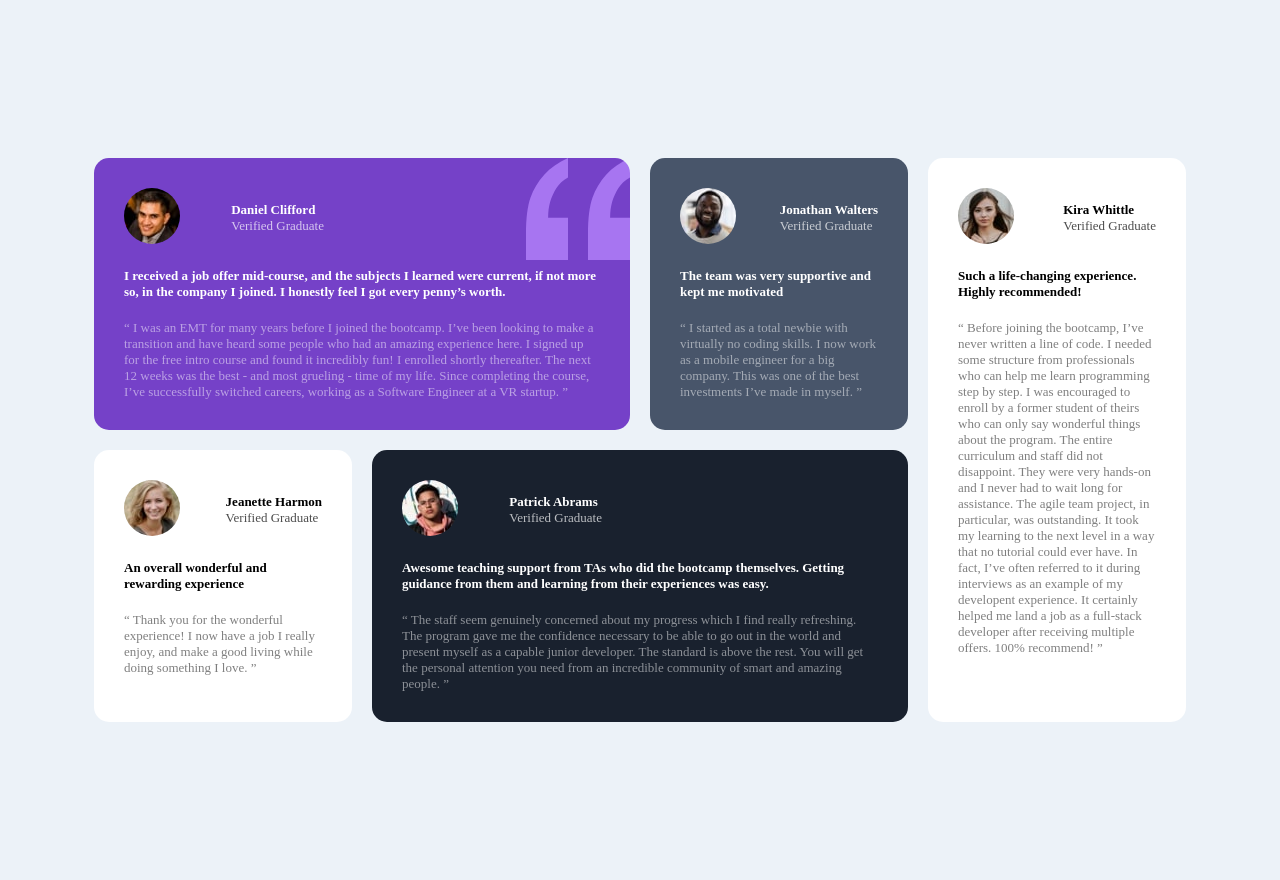
Repository: Toqa-25/testimonials
Page: index.html
The author's editor kept a copy of each file at every save. The page is drawn from the files as they stood at one save, then again after the next save.
The browser window is 1280 px wide. The pictures show the whole page.

Above is the page before, as saved 2021-11-04 13:24:23.

### index.html
<!DOCTYPE html>
<html lang="en">
<head>
    <meta charset="UTF-8">
    <meta http-equiv="X-UA-Compatible" content="IE=edge">
    <meta name="viewport" content="width=device-width, initial-scale=1.0">
    <!-- css files -->
    <link rel="stylesheet" href="css/style.css">
    <link rel="stylesheet" href="css//vendors/all.min.css">
    <!-- fonts style -->
    <link rel="preconnect" href="https://fonts.googleapis.com">
<link rel="preconnect" href="https://fonts.gstatic.com" crossorigin>
<link href="https://fonts.googleapis.com/css2?family=Barlow+Semi+Condensed:wght@100;200;300;400;500;600;700;800;900&family=Montserrat:wght@100;200;300;400;500;600;700;800;900&family=PT+Sans:ital,wght@0,400;0,700;1,700&family=Roboto:wght@100;300;400;500;700;900&display=swap" rel="stylesheet">
    <title>tistimonials design</title>
</head>
<body>
    <div class="container">
        <div class="testi-content">
            <article class="grid-item Daniel">
                <header class="grid-item-name">
                    <div class="item-img">
                        <img src="images/image-daniel.jpg" alt="">
                    </div>
                    <div class="item-name">
                        <p class="name">Daniel Clifford</p>
                        <p class="name-info">Verified Graduate</p>
                    </div>
                </header>
                <div class="art-body">
                    <h4 class="bold-text"> I received a job offer mid-course, and the subjects I learned were current, if not more so, in the company I joined. I honestly feel I got every penny’s worth.</h4>
                    <p class="lite-text">“ I was an EMT for many years before I joined the bootcamp. I’ve been looking to make a
                        transition and have heard some people who had an amazing experience here. I signed up
                        for the free intro course and found it incredibly fun! I enrolled shortly thereafter.
                        The next 12 weeks was the best - and most grueling - time of my life. Since completing
                        the course, I’ve successfully switched careers, working as a Software Engineer at a VR startup. ” </p>
                </div>
            </article>
            <article class="grid-item Jonathan">
                <header class="grid-item-name">
                    <div class="item-img">
                        <img src="images/image-jonathan.jpg" alt="">
                    </div>
                    <div class="item-name">
                        <p class="name">Jonathan Walters</p>
                        <p class="name-info">Verified Graduate</p>
                    </div>
                </header>
                <div class="art-body">
                    <h4 class="bold-text">The team was very supportive and kept me motivated</h4>
                    <p class="lite-text">“ I started as a total newbie with virtually no coding skills. I now work as a mobile engineer
                     for a big company. This was one of the best investments I’ve made in myself. ”
                    </p>
                </div>
            </article>
            <article class="grid-item  Jeanette ">
                <header class="grid-item-name">
                    <div class="item-img">
                        <img src="images/image-jeanette.jpg" alt="">
                    </div>
                    <div class="item-name">
                        <p class="name">  Jeanette Harmon</p>
                        <p class="name-info">Verified Graduate</p>
                    </div>
                </header>
                <div class="art-body">
                    <h4 class="bold-text"> An overall wonderful and rewarding experience</h4>
                    <p class="lite-text">“ Thank you for the wonderful experience! I now have a job I really enjoy, and make a good living
                     while doing something I love. ”</p>
                </div>
            </article>
            <article class="grid-item Patrick">
                <header class="grid-item-name">
                    <div class="item-img">
                        <img src="images/image-patrick.jpg" alt="">
                    </div>
                    <div class="item-name">
                        <p class="name">Patrick Abrams</p>
                        <p class="name-info"> Verified Graduate</p>
                    </div>
                </header>
                <div class="art-body">
                    <h4 class="bold-text"> Awesome teaching support from TAs who did the bootcamp themselves. Getting guidance from them and learning from their experiences was easy.</h4>
                    <p class="lite-text">“ The staff seem genuinely concerned about my progress which I find really refreshing. The program
                        gave me the confidence necessary to be able to go out in the world and present myself as a capable
                        junior developer. The standard is above the rest. You will get the personal attention you need from
                        an incredible community of smart and amazing people. ”
                    </p>
                </div>
            </article>
            <article class="grid-item Kira ">
                <header class="grid-item-name">
                    <div class="item-img">
                        <img src="images/image-kira.jpg" alt="" srcset="">
                    </div>
                    <div class="item-name">
                        <p class="name">Kira Whittle</p>
                        <p class="name-info ">Verified Graduate</p>
                    </div>
                </header>
                <div class="art-body">
                    <h4 class="bold-text"> Such a life-changing experience. Highly recommended!</h4>
                    <p class="lite-text"> “ Before joining the bootcamp, I’ve never written a line of code. I needed some structure from
                    professionals who can help me learn programming step by step. I was encouraged to enroll by a former
                    student of theirs who can only say wonderful things about the program. The entire curriculum and staff
                    did not disappoint. They were very hands-on and I never had to wait long for assistance. The agile team
                    project, in particular, was outstanding. It took my learning to the next level in a way that no tutorial
                    could ever have. In fact, I’ve often referred to it during interviews as an example of my developent
                    experience. It certainly helped me land a job as a full-stack developer after receiving multiple offers.
  100% recommend! ”</p>
                </div>
            </article>

        </div>
    </div>
</body>
</html>

### css/style.css
/*
     public style
  **********************
*/
body{
    Font-size: 13px;
    /* font-family: 'Barlow Semi Condensed', sans-serif;
    font-family: 'Montserrat', sans-serif;
    font-family: 'PT Sans', sans-serif;
    font-family: 'Roboto', sans-serif; */
    /* font-family: 'Barlow Semi' Condensed; */
    background-color: hsl(210, 46%, 95%);
}
*{
    padding:0;
    margin:0;
    box-sizing: border-box;
}
/*
content  style
**********************
*/
.container{
    width: 90%;
    margin: auto;
    padding: 10% 0;
}
.testi-content{
    display: grid;
    grid-template-columns: repeat(8 , 1fr);
    grid-template-rows: repeat(2 , 1fr);
    grid-gap: 20px;
     padding: 30px;
}
.lite-text{
    opacity:.5;
}
.name-info{
    opacity:.7;
}
.grid-item{
    padding: 30px;
    border-radius: 15px;
    -webkit-border-radius: 15px;
    -moz-border-radius: 15px;
    -ms-border-radius: 15px;
    -o-border-radius: 15px;
}
.grid-item-name{
    display: flex;
    justify-content: space-between;
    align-items: center;
    max-width: 200px;

}
.name{
    font-weight: bold;
}
.bold-text{
    margin: 20px 0;
}
.item-img img{
 border-radius: 50%;
 -webkit-border-radius: 50%;
 -moz-border-radius: 50%;
 -ms-border-radius: 50%;
 -o-border-radius: 50%;
}
.Daniel{
    background-color: hsl(263, 55%, 52%);
    background-image: url(../images/bg-pattern-quotation.svg);
    background-position: right top;
    background-repeat: no-repeat;
    color: hsl(0, 0%, 100%);
    grid-column: 1 /5;
    grid-row: 1/2;
}


.Jonathan{
    background-color: hsl(0, 0%, 81%);
    background-color: hsl(217, 19%, 35%);
     grid-column: 5/7;
    grid-row: 1/2;
    color: hsl(0, 0%, 100%);
}

.Kira{
    background-color: hsl(0, 0%, 100%);
    grid-column: 7 /9;
    grid-row: 1/3;
}
.Patrick{
    background-color: hsl(219, 29%, 14%);
    color: hsl(0, 0%, 100%);
    grid-column: 3 /7;
    grid-row: 2/3;
}
.Jeanette {
background-color: hsl(0, 0%, 100%);
    grid-column: 1 /3;
    grid-row: 2/3;
}
/*  media quary style */
@media (max-width:575px){
    .testi-content{
    display: grid;
    grid-template-columns: 1fr;
    grid-template-rows: repeat(8 , auto);
    grid-gap: 10px;
     padding: 40px;
}
.grid-item{
grid-column: 1/2;
}
.Daniel{
    grid-row: 1/3;
}
.Jonathan{
    grid-row: 3/4;
}
.Kira{
    grid-row: 4/5;
}
    .Patrick{
        grid-row: 5/7;
    }

.Jeanette{
    grid-row: 7/9;

}
}







/*           media quary style
    ***************************************
        //extra small devices @media (maxwidth:575px)
        //small devices @media (maxwidth:767px)
        //medium devices @media (maxwidth:991px)
        //large devices @media (maxwidth:1199px)
*/

Loaded but not shown: css/vendors/all.min.css (library)

After the next save:
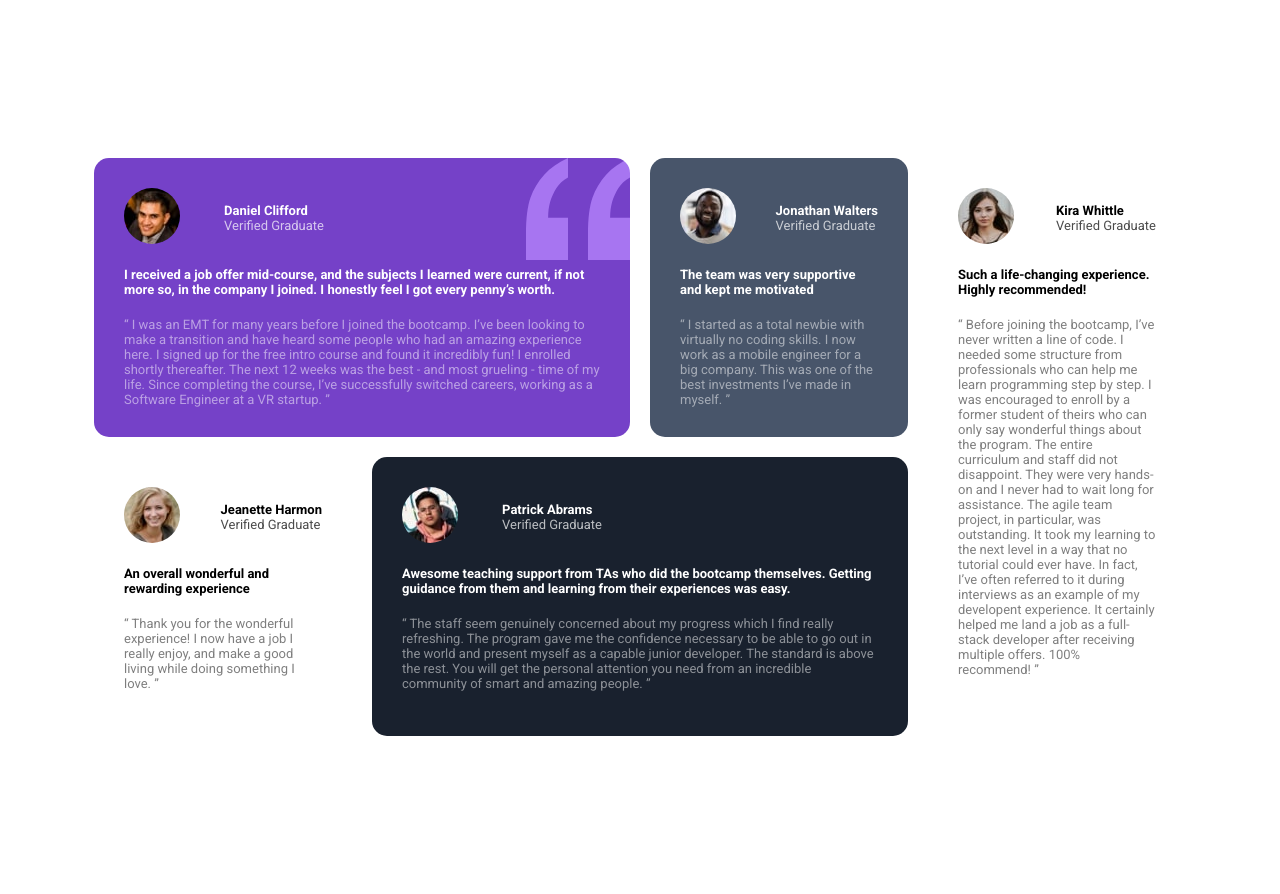
Saved 6 s later.
--- a/css/style.css
+++ b/css/style.css
@@ -4,7 +4,7 @@
 */
 body{
     Font-size: 13px;
-    /* font-family: 'Barlow Semi Condensed', sans-serif;
+    font-family: 'Barlow Semi Condensed', sans-serif;
     font-family: 'Montserrat', sans-serif;
     font-family: 'PT Sans', sans-serif;
     font-family: 'Roboto', sans-serif; */
